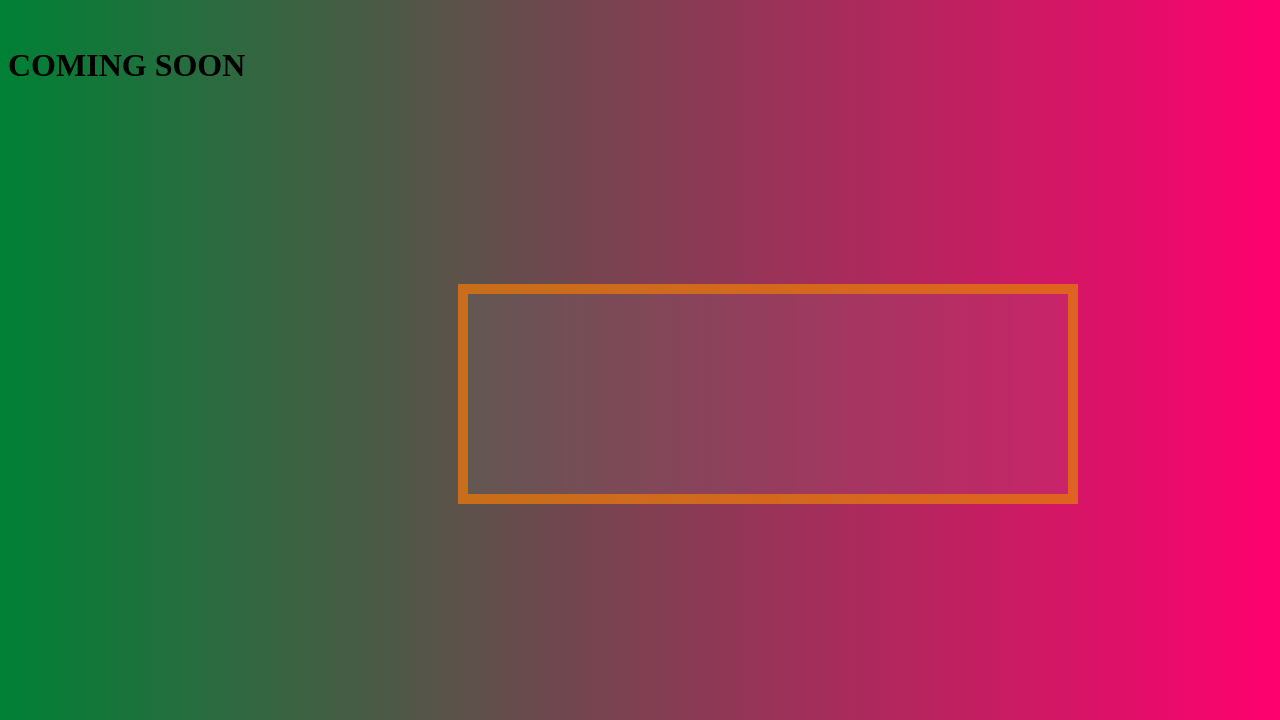
Repository: dubeprince/Web-Applications
Page: Countdown Timer/index.html
These files come from the project's save history. The page is drawn as it stood at one moment and after the next save; the edit follows.
The browser window is 1280 px wide. The pictures show the whole page.

Above is the page before, as saved 2023-05-26 18:27:18.

### Countdown Timer/index.html
<!DOCTYPE html>
<html lang="en">
<head>
    <meta charset="UTF-8">
    <meta http-equiv="X-UA-Compatible" content="IE=edge">
    <meta name="viewport" content="width=device-width, initial-scale=1.0">
    <title>Surprise</title>
    <link rel="stylesheet" href="style.css">
</head>
<body>
    <div class="text">
        <img src="" alt="">
        <h1>COMING SOON</h1>
    </div>
    <div class="card">

    </div>

</body>
</html>

### Countdown Timer/style.css
body{
    background-color: aqua;
    background-image: linear-gradient(to right,rgb(0, 128, 53),rgb(255, 0, 111));
}
.card{
    background-color: rgba(128, 128, 128, 0.132);
    margin-left: 450px;
    margin-top: 200px;
    border: solid rgba(228, 116, 12, 0.786);
    border-width: 10px;
    height: 200px;
    width: 600px;
    position: relative;
}

After the next save:
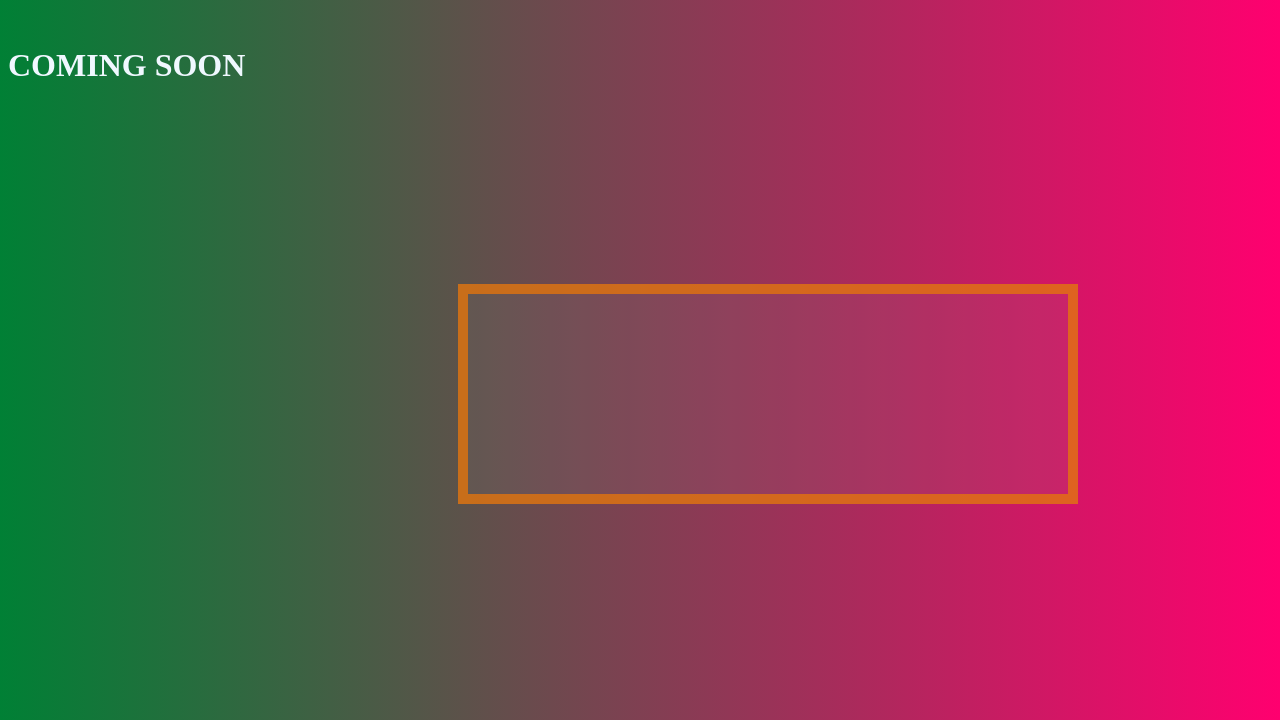
Saved 30 s later.
--- a/Countdown Timer/style.css
+++ b/Countdown Timer/style.css
@@ -12,3 +12,6 @@
     width: 600px;
     position: relative;
 }
+.text h1{
+    color: aliceblue;
+}
